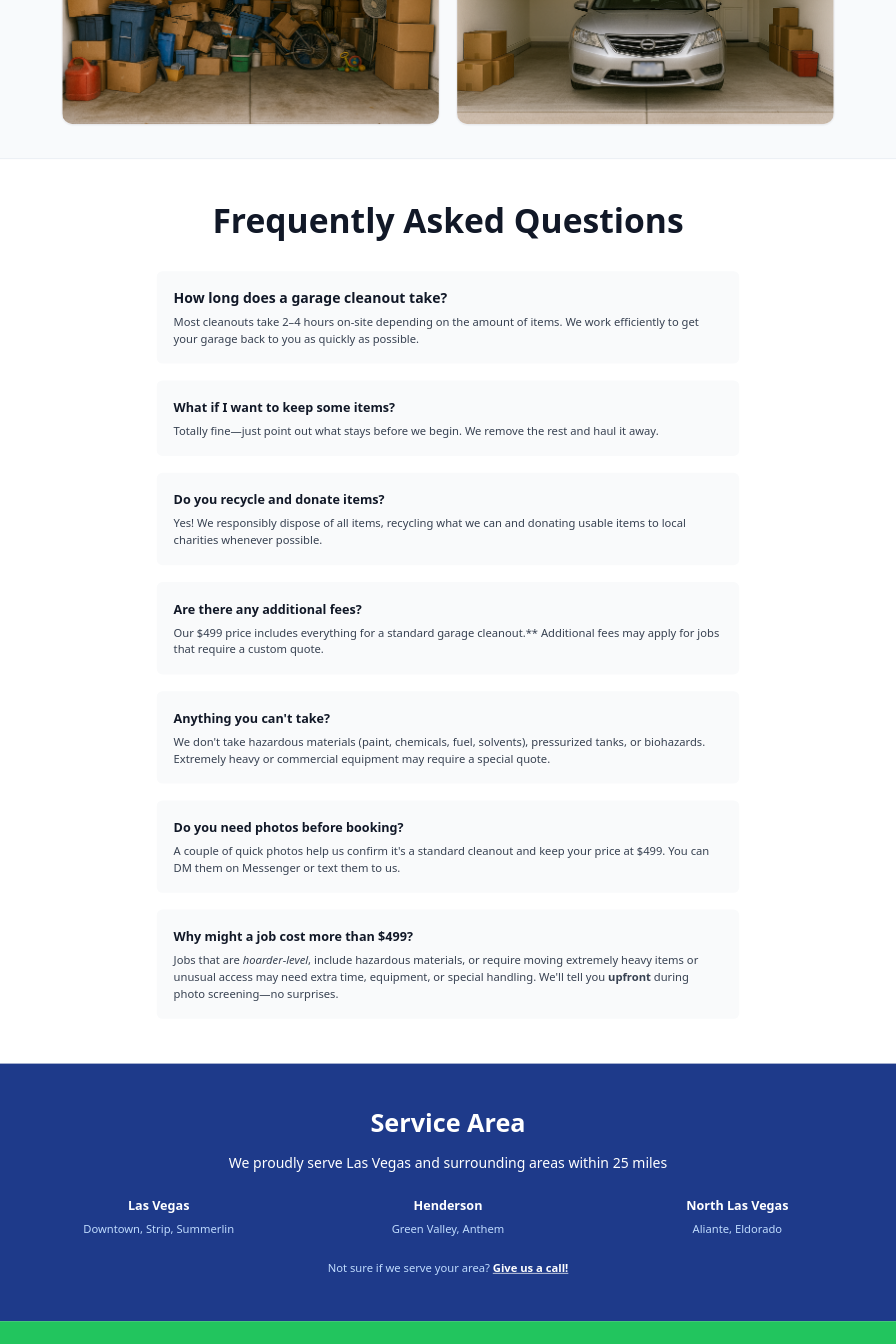
Repository: nikwhite1169/garagegone
Page: index.html
An editor plug-in stored every save of this project. The page is shown before and after the next save, followed by the edit.
The browser window is 1280 px wide. The pictures show the part of the page from y = 2659 to 4579 px (the page is 5473 px tall), at 70% of full size.
Some web libraries are served in a nearby version.

Above is the page before, as saved 2025-09-16 00:31:17.

After the next save:
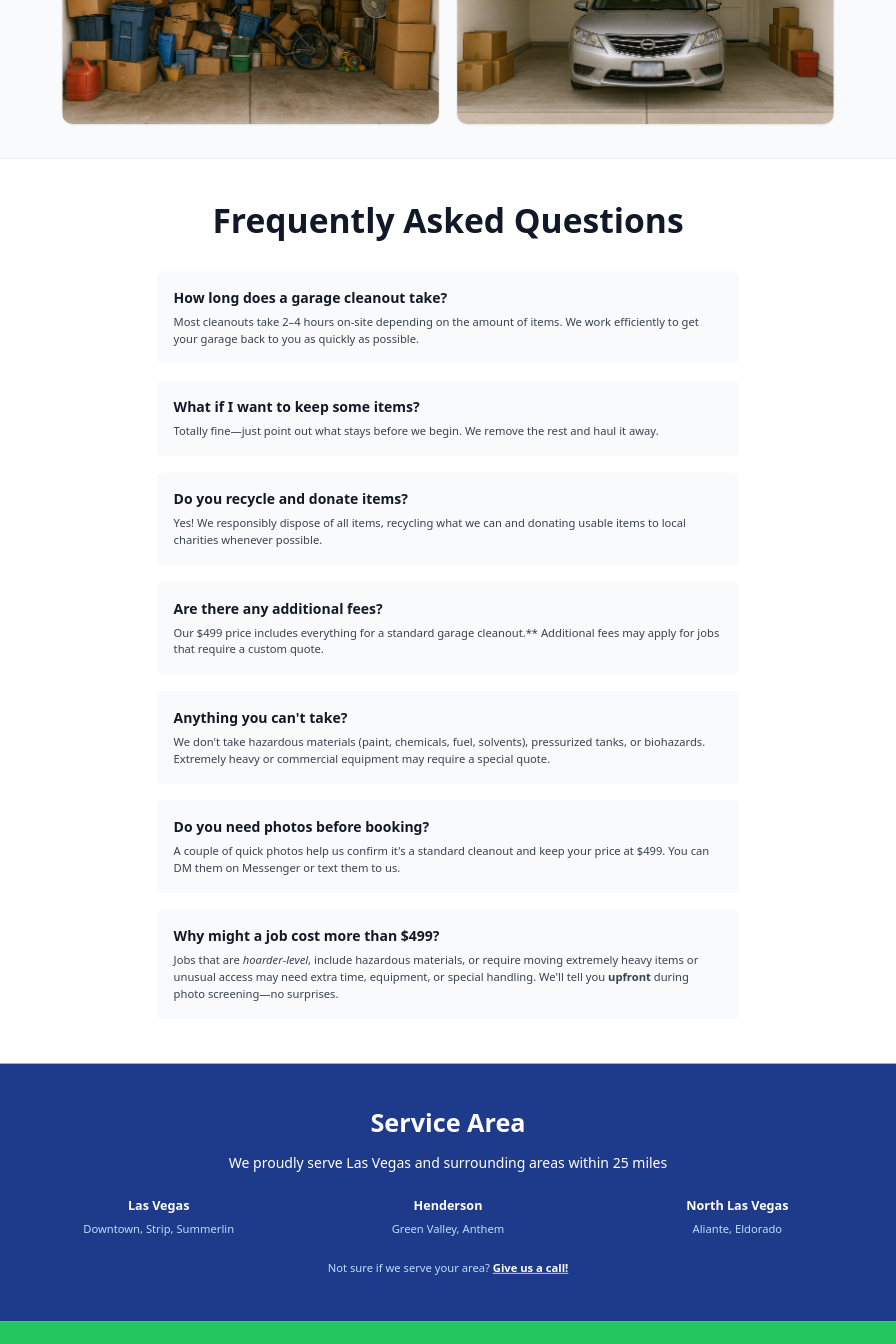
Saved 6 s later.
--- a/index.html
+++ b/index.html
@@ -307,32 +307,32 @@
                 </div>
 
                 <div class="bg-gray-50 rounded-lg p-6">
-                    <h4 class="text-lg font-bold mb-2">What if I want to keep some items?</h4>
+                    <h4 class="text-lg md:text-xl font-bold mb-2">What if I want to keep some items?</h4>
                     <p class="text-gray-700">Totally fine—just point out what stays before we begin. We remove the rest and haul it away.</p>
                 </div>
 
                 <div class="bg-gray-50 rounded-lg p-6">
-                    <h4 class="text-lg font-bold mb-2">Do you recycle and donate items?</h4>
+                    <h4 class="text-lg md:text-xl font-bold mb-2">Do you recycle and donate items?</h4>
                     <p class="text-gray-700">Yes! We responsibly dispose of all items, recycling what we can and donating usable items to local charities whenever possible.</p>
                 </div>
 
                 <div class="bg-gray-50 rounded-lg p-6">
-                    <h4 class="text-lg font-bold mb-2">Are there any additional fees?</h4>
+                    <h4 class="text-lg md:text-xl font-bold mb-2">Are there any additional fees?</h4>
                     <p class="text-gray-700">Our $499 price includes everything for a standard garage cleanout.** Additional fees may apply for jobs that require a custom quote.</p>
                 </div>
 
                 <div class="bg-gray-50 rounded-lg p-6">
-                    <h4 class="text-lg font-bold mb-2">Anything you can't take?</h4>
+                    <h4 class="text-lg md:text-xl font-bold mb-2">Anything you can't take?</h4>
                     <p class="text-gray-700">We don't take hazardous materials (paint, chemicals, fuel, solvents), pressurized tanks, or biohazards. Extremely heavy or commercial equipment may require a special quote.</p>
                 </div>
 
                 <div class="bg-gray-50 rounded-lg p-6">
-                    <h4 class="text-lg font-bold mb-2">Do you need photos before booking?</h4>
+                    <h4 class="text-lg md:text-xl font-bold mb-2">Do you need photos before booking?</h4>
                     <p class="text-gray-700">A couple of quick photos help us confirm it's a standard cleanout and keep your price at $499. You can DM them on Messenger or text them to us.</p>
                 </div>
 
                 <div class="bg-gray-50 rounded-lg p-6">
-                    <h4 class="text-lg font-bold mb-2">Why might a job cost more than $499?</h4>
+                    <h4 class="text-lg md:text-xl font-bold mb-2">Why might a job cost more than $499?</h4>
                     <p class="text-gray-700">Jobs that are <em>hoarder-level</em>, include hazardous materials, or require moving extremely heavy items or unusual access may need extra time, equipment, or special handling. We'll tell you <strong>upfront</strong> during photo screening—no surprises.</p>
                 </div>
             </div>
